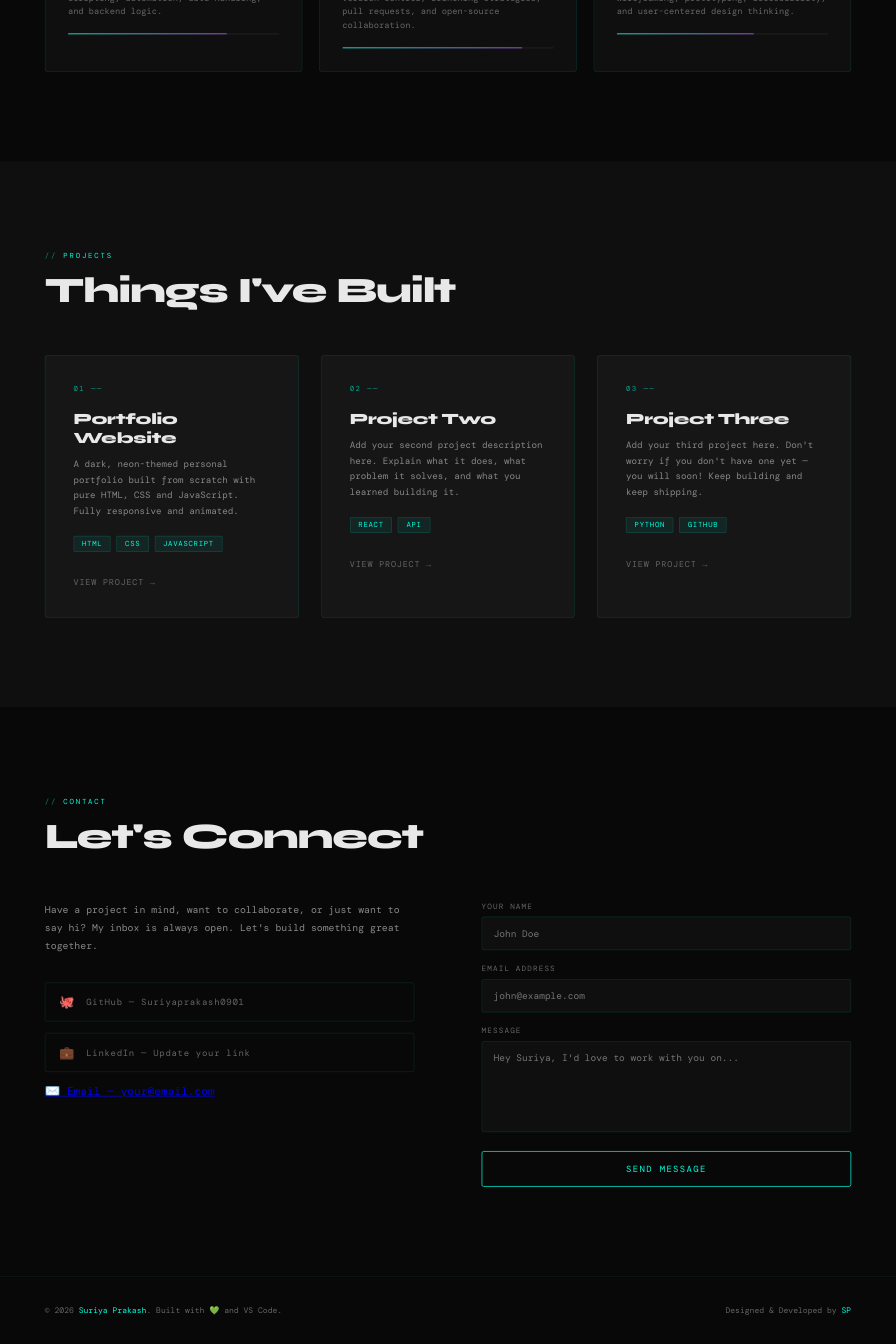
Repository: Suriyaprakash0901/PortoFolio
Page: index.html
An editor plug-in stored every save of this project. The page is shown before and after the next save, followed by the edit.
The browser window is 1280 px wide. The pictures show the part of the page from y = 2138 to 4058 px (the page is 4058 px tall), at 70% of full size.
Some web fonts or font styles are not loaded; a fallback is used.

Above is the page before, as saved 2026-03-14 11:26:34.

### index.html
<!DOCTYPE html>
<html lang="en">
<head>
  <meta charset="UTF-8" />
  <meta name="viewport" content="width=device-width, initial-scale=1.0"/>
  <title>Suriya Prakash — Portfolio</title>
  <link href="https://fonts.googleapis.com/css2?family=Syne:wght@400;600;700;800&family=DM+Mono:wght@300;400;500&display=swap" rel="stylesheet"/>
  <style>
    *, *::before, *::after { box-sizing: border-box; margin: 0; padding: 0; }

    :root {
      --bg: #080808;
      --bg2: #0f0f0f;
      --bg3: #141414;
      --neon: #00ffe0;
      --neon2: #ff2d78;
      --neon3: #a855f7;
      --text: #e8e8e8;
      --muted: #666;
      --border: rgba(0,255,224,0.12);
      --card: rgba(255,255,255,0.03);
    }

    html { scroll-behavior: smooth; }

    body {
      background: var(--bg);
      color: var(--text);
      font-family: 'DM Mono', monospace;
      overflow-x: hidden;
      cursor: none;
    }

    /* Custom cursor */
    .cursor {
      width: 12px; height: 12px;
      background: var(--neon);
      border-radius: 50%;
      position: fixed;
      pointer-events: none;
      z-index: 9999;
      transition: transform 0.15s ease, opacity 0.15s;
      mix-blend-mode: screen;
    }
    .cursor-ring {
      width: 36px; height: 36px;
      border: 1px solid rgba(0,255,224,0.4);
      border-radius: 50%;
      position: fixed;
      pointer-events: none;
      z-index: 9998;
      transition: transform 0.35s cubic-bezier(.25,.46,.45,.94);
      mix-blend-mode: screen;
    }

    /* Noise overlay */
    body::before {
      content: '';
      position: fixed;
      inset: 0;
      background-image: url("data:[embedded picture, 306 characters]");
      pointer-events: none;
      z-index: 9000;
      opacity: 0.35;
    }

    /* NAV */
    nav {
      position: fixed; top: 0; left: 0; right: 0;
      z-index: 100;
      padding: 1.5rem 4rem;
      display: flex; justify-content: space-between; align-items: center;
      background: linear-gradient(to bottom, rgba(8,8,8,0.95), transparent);
      backdrop-filter: blur(2px);
    }
    .nav-logo {
      font-family: 'Syne', sans-serif;
      font-weight: 800;
      font-size: 1.2rem;
      color: var(--neon);
      letter-spacing: -0.02em;
      text-decoration: none;
    }
    .nav-links { display: flex; gap: 2.5rem; list-style: none; }
    .nav-links a {
      color: var(--muted);
      text-decoration: none;
      font-size: 0.75rem;
      letter-spacing: 0.12em;
      text-transform: uppercase;
      transition: color 0.2s;
    }
    .nav-links a:hover { color: var(--neon); }

    /* HERO */
    #hero {
      min-height: 100vh;
      display: flex; flex-direction: column; justify-content: center;
      padding: 0 4rem;
      position: relative;
      overflow: hidden;
    }
    .hero-grid {
      position: absolute; inset: 0;
      background-image:
        linear-gradient(rgba(0,255,224,0.03) 1px, transparent 1px),
        linear-gradient(90deg, rgba(0,255,224,0.03) 1px, transparent 1px);
      background-size: 60px 60px;
      mask-image: radial-gradient(ellipse 70% 70% at 50% 50%, black 30%, transparent 100%);
    }
    .hero-glow {
      position: absolute;
      width: 600px; height: 600px;
      background: radial-gradient(circle, rgba(0,255,224,0.06) 0%, transparent 70%);
      top: 50%; left: 30%; transform: translate(-50%,-50%);
      pointer-events: none;
    }
    .hero-tag {
      font-size: 0.72rem;
      letter-spacing: 0.2em;
      text-transform: uppercase;
      color: var(--neon);
      margin-bottom: 1.5rem;
      opacity: 0;
      animation: fadeUp 0.8s 0.2s forwards;
    }
    .hero-tag::before { content: '[ '; }
    .hero-tag::after { content: ' ]'; }
    h1.hero-name {
      font-family: 'Syne', sans-serif;
      font-size: clamp(3.5rem, 8vw, 7rem);
      font-weight: 800;
      line-height: 1;
      letter-spacing: -0.04em;
      opacity: 0;
      animation: fadeUp 0.8s 0.4s forwards;
    }
    h1.hero-name .accent { color: var(--neon); }
    .hero-role {
      margin-top: 1.5rem;
      font-size: clamp(1rem, 2vw, 1.3rem);
      color: var(--muted);
      max-width: 500px;
      line-height: 1.7;
      opacity: 0;
      animation: fadeUp 0.8s 0.6s forwards;
    }
    .hero-cta {
      margin-top: 3rem;
      display: flex; gap: 1rem; flex-wrap: wrap;
      opacity: 0;
      animation: fadeUp 0.8s 0.8s forwards;
    }
    .btn {
      padding: 0.8rem 2rem;
      border-radius: 2px;
      font-family: 'DM Mono', monospace;
      font-size: 0.8rem;
      letter-spacing: 0.1em;
      text-transform: uppercase;
      text-decoration: none;
      cursor: none;
      transition: all 0.2s;
    }
    .btn-primary {
      background: var(--neon);
      color: #000;
      font-weight: 500;
    }
    .btn-primary:hover { background: #fff; box-shadow: 0 0 30px rgba(0,255,224,0.4); }
    .btn-outline {
      border: 1px solid var(--border);
      color: var(--text);
    }
    .btn-outline:hover { border-color: var(--neon); color: var(--neon); }

    .scroll-hint {
      position: absolute; bottom: 2rem; left: 4rem;
      font-size: 0.65rem; color: var(--muted);
      letter-spacing: 0.15em; text-transform: uppercase;
      display: flex; align-items: center; gap: 0.8rem;
      opacity: 0; animation: fadeUp 1s 1.2s forwards;
    }
    .scroll-line {
      width: 40px; height: 1px;
      background: linear-gradient(to right, var(--neon), transparent);
      animation: pulse 2s infinite;
    }

    /* SECTIONS */
    section { padding: 8rem 4rem; }
    .section-label {
      font-size: 0.65rem;
      letter-spacing: 0.25em;
      text-transform: uppercase;
      color: var(--neon);
      margin-bottom: 1rem;
    }
    .section-label::before { content: '// '; opacity: 0.5; }
    h2.section-title {
      font-family: 'Syne', sans-serif;
      font-size: clamp(2rem, 4vw, 3.2rem);
      font-weight: 800;
      letter-spacing: -0.03em;
      margin-bottom: 4rem;
      line-height: 1.1;
    }

    /* ABOUT */
    #about { background: var(--bg2); }
    .about-grid {
      display: grid;
      grid-template-columns: 1fr 1fr;
      gap: 6rem;
      align-items: center;
    }
    .about-text p {
      color: #aaa;
      line-height: 1.9;
      font-size: 0.9rem;
      margin-bottom: 1.2rem;
    }
    .about-text p span { color: var(--neon); }
    .about-stats {
      display: grid;
      grid-template-columns: 1fr 1fr;
      gap: 1.5rem;
    }
    .stat-card {
      background: var(--card);
      border: 1px solid var(--border);
      padding: 1.8rem;
      border-radius: 4px;
      transition: border-color 0.3s, transform 0.3s;
    }
    .stat-card:hover { border-color: var(--neon); transform: translateY(-3px); }
    .stat-num {
      font-family: 'Syne', sans-serif;
      font-size: 2.5rem;
      font-weight: 800;
      color: var(--neon);
      line-height: 1;
    }
    .stat-label { font-size: 0.72rem; color: var(--muted); margin-top: 0.4rem; letter-spacing: 0.1em; }

    /* SKILLS */
    #skills { background: var(--bg); }
    .skills-grid {
      display: grid;
      grid-template-columns: repeat(auto-fill, minmax(280px, 1fr));
      gap: 1.5rem;
    }
    .skill-card {
      background: var(--card);
      border: 1px solid var(--border);
      border-radius: 4px;
      padding: 2rem;
      transition: all 0.3s;
      position: relative;
      overflow: hidden;
    }
    .skill-card::before {
      content: '';
      position: absolute;
      top: 0; left: 0; right: 0;
      height: 2px;
      background: linear-gradient(to right, var(--neon), var(--neon3));
      transform: scaleX(0);
      transform-origin: left;
      transition: transform 0.4s;
    }
    .skill-card:hover::before { transform: scaleX(1); }
    .skill-card:hover { border-color: rgba(0,255,224,0.3); transform: translateY(-4px); }
    .skill-icon { font-size: 2rem; margin-bottom: 1rem; }
    .skill-name {
      font-family: 'Syne', sans-serif;
      font-size: 1.1rem;
      font-weight: 700;
      margin-bottom: 0.5rem;
    }
    .skill-desc { font-size: 0.78rem; color: var(--muted); line-height: 1.6; }
    .skill-bar {
      margin-top: 1.2rem;
      height: 2px;
      background: rgba(255,255,255,0.06);
      border-radius: 2px;
      overflow: hidden;
    }
    .skill-fill {
      height: 100%;
      background: linear-gradient(to right, var(--neon), var(--neon3));
      border-radius: 2px;
      transition: width 1.5s cubic-bezier(.25,.46,.45,.94);
      width: 0;
    }

    /* PROJECTS */
    #projects { background: var(--bg2); }
    .projects-grid {
      display: grid;
      grid-template-columns: repeat(auto-fill, minmax(340px, 1fr));
      gap: 2rem;
    }
    .project-card {
      background: var(--card);
      border: 1px solid var(--border);
      border-radius: 4px;
      padding: 2.5rem;
      transition: all 0.3s;
      position: relative;
      overflow: hidden;
    }
    .project-card:hover {
      border-color: rgba(0,255,224,0.4);
      transform: translateY(-6px);
      box-shadow: 0 20px 60px rgba(0,0,0,0.5), 0 0 30px rgba(0,255,224,0.05);
    }
    .project-num {
      font-size: 0.65rem;
      color: var(--neon);
      letter-spacing: 0.2em;
      margin-bottom: 1.5rem;
      opacity: 0.6;
    }
    .project-title {
      font-family: 'Syne', sans-serif;
      font-size: 1.4rem;
      font-weight: 800;
      margin-bottom: 0.8rem;
      letter-spacing: -0.02em;
    }
    .project-desc { font-size: 0.82rem; color: #888; line-height: 1.7; margin-bottom: 1.5rem; }
    .project-tags { display: flex; gap: 0.5rem; flex-wrap: wrap; margin-bottom: 2rem; }
    .tag {
      padding: 0.25rem 0.7rem;
      background: rgba(0,255,224,0.07);
      border: 1px solid rgba(0,255,224,0.15);
      border-radius: 2px;
      font-size: 0.65rem;
      color: var(--neon);
      letter-spacing: 0.1em;
      text-transform: uppercase;
    }
    .project-link {
      font-size: 0.75rem;
      color: var(--muted);
      text-decoration: none;
      letter-spacing: 0.1em;
      text-transform: uppercase;
      transition: color 0.2s;
      display: inline-flex; align-items: center; gap: 0.5rem;
    }
    .project-link:hover { color: var(--neon); }
    .project-link::after { content: '→'; transition: transform 0.2s; }
    .project-link:hover::after { transform: translateX(4px); }

    /* CONTACT */
    #contact { background: var(--bg); }
    .contact-wrapper {
      display: grid;
      grid-template-columns: 1fr 1fr;
      gap: 6rem;
      align-items: start;
    }
    .contact-info p { color: #888; font-size: 0.88rem; line-height: 1.8; margin-bottom: 2.5rem; }
    .social-links { display: flex; flex-direction: column; gap: 1rem; }
    .social-link {
      display: flex; align-items: center; gap: 1rem;
      text-decoration: none;
      color: var(--muted);
      font-size: 0.8rem;
      letter-spacing: 0.08em;
      padding: 1rem 1.2rem;
      border: 1px solid var(--border);
      border-radius: 3px;
      transition: all 0.25s;
    }
    .social-link:hover { color: var(--neon); border-color: var(--neon); background: rgba(0,255,224,0.04); }
    .social-icon { font-size: 1.1rem; }

    /* FORM */
    .contact-form { display: flex; flex-direction: column; gap: 1.2rem; }
    .form-group { display: flex; flex-direction: column; gap: 0.5rem; }
    label { font-size: 0.68rem; color: var(--muted); letter-spacing: 0.15em; text-transform: uppercase; }
    input, textarea {
      background: var(--card);
      border: 1px solid var(--border);
      border-radius: 3px;
      padding: 0.9rem 1rem;
      color: var(--text);
      font-family: 'DM Mono', monospace;
      font-size: 0.85rem;
      outline: none;
      transition: border-color 0.2s;
      resize: none;
    }
    input:focus, textarea:focus { border-color: var(--neon); }
    textarea { height: 130px; }
    .btn-submit {
      padding: 1rem 2rem;
      background: transparent;
      border: 1px solid var(--neon);
      color: var(--neon);
      font-family: 'DM Mono', monospace;
      font-size: 0.8rem;
      letter-spacing: 0.15em;
      text-transform: uppercase;
      cursor: none;
      border-radius: 3px;
      transition: all 0.25s;
      margin-top: 0.5rem;
    }
    .btn-submit:hover { background: var(--neon); color: #000; box-shadow: 0 0 30px rgba(0,255,224,0.3); }
    .form-success {
      display: none;
      color: var(--neon);
      font-size: 0.8rem;
      padding: 1rem;
      border: 1px solid rgba(0,255,224,0.3);
      border-radius: 3px;
      text-align: center;
    }

    /* FOOTER */
    footer {
      padding: 2.5rem 4rem;
      border-top: 1px solid var(--border);
      display: flex; justify-content: space-between; align-items: center;
      background: var(--bg);
    }
    footer p { font-size: 0.72rem; color: var(--muted); }
    footer span { color: var(--neon); }

    /* ANIMATIONS */
    @keyframes fadeUp {
      from { opacity: 0; transform: translateY(20px); }
      to { opacity: 1; transform: translateY(0); }
    }
    @keyframes pulse {
      0%, 100% { opacity: 0.4; }
      50% { opacity: 1; }
    }
    .reveal {
      opacity: 0;
      transform: translateY(30px);
      transition: opacity 0.7s ease, transform 0.7s ease;
    }
    .reveal.visible { opacity: 1; transform: translateY(0); }

    @media (max-width: 768px) {
      nav { padding: 1.2rem 1.5rem; }
      .nav-links { display: none; }
      #hero, section { padding: 6rem 1.5rem; }
      .about-grid, .contact-wrapper { grid-template-columns: 1fr; gap: 3rem; }
      footer { flex-direction: column; gap: 0.5rem; text-align: center; padding: 2rem 1.5rem; }
    }
  </style>
</head>
<body>

  <div class="cursor" id="cursor"></div>
  <div class="cursor-ring" id="cursorRing"></div>

  <!-- NAV -->
  <nav>
    <a href="#hero" class="nav-logo">SP.</a>
    <ul class="nav-links">
      <li><a href="#about">About</a></li>
      <li><a href="#skills">Skills</a></li>
      <li><a href="#projects">Projects</a></li>
      <li><a href="#contact">Contact</a></li>
    </ul>
  </nav>
">Contact</a></li>
    <li><a href="about.html" style="color: var(--neon);">About Me ↗</a></li>
  </ul>
</nav>

  <!-- HERO -->
  <section id="hero">
    <div class="hero-grid"></div  <nav>
    <a href="#hero" class="nav-logo">SP.</a>
    <ul class="nav-links">
      <li><a href="#about">About</a></li>
      <li><a href="#skills">Skills</a></li>
      <li><a href="#projects">Projects</a></li>
      <li><a href="#contact">Contact</a></li>
    </ul>
  </nav>
n btn-outline">Get In Touch</a>
    </div>
    <div class="scroll-hint">
      <span class="scroll-line"></span>
      Scroll to explore
    </div>
  </section>

  <!-- ABOUT -->
  <section id="about">
    <div class="reveal">
      <p class="section-label">About Me</p>
      <h2 class="section-title">Who I Am</h2>
    </div>
    <div class="about-grid reveal">
      <div class="about-text">
        <p>Hey! I'm <span>Suriya Prakash</span>, a passionate developer based in India. I love building things for the web — from sleek frontends to robust backends.</p>
        <p>I believe great software is born at the intersection of <span>clean code</span> and <span>thoughtful design</span>. Every project I work on, I aim to make it fast, accessible, and memorable.</p>
        <p>When I'm not coding, I'm exploring new technologies, contributing to open source, or leveling up my problem-solving skills.</p>
      </div>
      <div class="about-stats">
        <div class="stat-card">
          <div class="stat-num">5+</div>
          <div class="stat-label">Projects Built</div>
        </div>
        <div class="stat-card">
<div class="stat-num">10+</div>
          <div class="stat-label">Technologies</div>
        </div>
        <div class="stat-card">
          <div class="stat-num">∞</div>
          <div class="stat-label">Curiosity</div>
        </div>
        <div class="stat-card">
          <div class="stat-num">1</div>
          <div class="stat-label">GitHub Profile</div>
        </div>
      </div>
    </div>
  </section>

  <!-- SKILLS -->
  <section id="skills">
    <div class="reveal">
      <p class="section-label">Skills</p>
      <h2 class="section-title">What I Work With</h2>
    </div>
    <div class="skills-grid reveal" id="skillsGrid">
      <div class="skill-card">
        <div class="skill-icon">🌐</div>
        <div class="skill-name">HTML & CSS</div>
        <div class="skill-desc">Semantic markup, responsive layouts, animations, and modern CSS techniques.</div>
        <div class="skill-bar"><div class="skill-fill" data-width="90"></div></div>
      </div>
      <div class="skill-card">
        <div class="skill-icon">⚡</div>
        <div class="skill-name">JavaScript</div>
        <div class="skill-desc">DOM manipulation, async programming, APIs, and modern ES6+ features.</div>
        <div class="skill-bar"><div class="skill-fill" data-width="80"></div></div>
      </div>
      <div class="skill-card">
        <div class="skill-icon">⚛️</div>
        <div class="skill-name">React</div>
        <div class="skill-desc">Component-driven UIs, hooks, state management, and performance optimization.</div>
        <div class="skill-bar"><div class="skill-fill" data-width="70"></div></div>
      </div>
      <div class="skill-card">
        <div class="skill-icon">🐍</div>
        <div class="skill-name">Python</div>
        <div class="skill-desc">Scripting, automation, data handling, and backend logic.</div>
        <div class="skill-bar"><div class="skill-fill" data-width="75"></div></div>
      </div>
      <div class="skill-card">
        <div class="skill-icon">🗃️</div>
        <div class="skill-name">Git & GitHub</div>
        <div class="skill-desc">Version control, branching strategies, pull requests, and open-source collaboration.</div>
        <div class="skill-bar"><div class="skill-fill" data-width="85"></div></div>
      </div>
      <div class="skill-card">
        <div class="skill-icon">🎨</div>
        <div class="skill-name">UI/UX Design</div>
        <div class="skill-desc">Wireframing, prototyping, accessibility, and user-centered design thinking.</div>
        <div class="skill-bar"><div class="skill-fill" data-width="65"></div></div>
      </div>
    </div>
  </section>

  <!-- PROJECTS -->
  <section id="projects">
    <div class="reveal">
      <p class="section-label">Projects</p>
      <h2 class="section-title">Things I've Built</h2>
    </div>
    <div class="projects-grid reveal">
      <div class="project-card">
        <div class="project-num">01 ——</div>
        <div class="project-title">Portfolio Website</div>
        <div class="project-desc">A dark, neon-themed personal portfolio built from scratch with pure HTML, CSS and JavaScript. Fully responsive and animated.</div>
        <div class="project-tags">
          <span class="tag">HTML</span>
          <span class="tag">CSS</span>
          <span class="tag">JavaScript</span>
        </div>
        <a href="#" class="project-link">View Project</a>
      </div>
      <div class="project-card">
        <div class="project-num">02 ——</div>
        <div class="project-title">Project Two</div>
        <div class="project-desc">Add your second project description here. Explain what it does, what problem it solves, and what you learned building it.</div>
        <div class="project-tags">
          <span class="tag">React</span>
          <span class="tag">API</span>
        </div>
        <a href="#" class="project-link">View Project</a>
      </div>
      <div class="project-card">
        <div class="project-num">03 ——</div>
        <div class="project-title">Project Three</div>
        <div class="project-desc">Add your third project here. Don't worry if you don't have one yet — you will soon! Keep building and keep shipping.</div>
        <div class="project-tags">
          <span class="tag">Python</span>
          <span class="tag">GitHub</span>
        </div>
        <a href="#" class="project-link">View Project</a>
      </div>
    </div>
  </section>

  <!-- CONTACT -->
  <section id="contact">
    <div class="reveal">
      <p class="section-label">Contact</p>
      <h2 class="section-title">Let's Connect</h2>
    </div>
    <div class="contact-wrapper reveal">
      <div class="contact-info">
        <p>Have a project in mind, want to collaborate, or just want to say hi? My inbox is always open. Let's build something great together.</p>
        <div class="social-links">
          <a href="https://github.com/Suriyaprakash0901" target="_blank" class="social-link">
            <span class="social-icon">🐙</span> GitHub — Suriyaprakash0901
          </a>
          <a href="https:/https://linkedin.com/in/yourprofilet="_blank" class="social-link">
            <span class="social-icon">💼</span> LinkedIn — Update your link
          </a>
          <a href="mailto:your@emyour@email.com="social-link">
            <span class="social-icon">✉️</span> Email — your@email.com
          </a>
        </div>
      </div>
      <form class="contact-form" id="contactForm">
        <div class="form-group">
          <label>Your Name</label>
          <input type="text" placeholder="John Doe" required />
        </div>
        <div class="form-group">
          <label>Email Address</label>
          <input type="email" placeholder="john@example.com" required />
        </div>
        <div class="form-group">
          <label>Message</label>
          <textarea placeholder="Hey Suriya, I'd love to work with you on..."></textarea>
        </div>
        <button type="button" class="btn-submit" onclick="submitForm()">Send Message</button>
        <div class="form-success" id="formSuccess">✓ Message sent! I'll get back to you soon.</div>
      </form>
    </div>
  </section>

  <!-- FOOTER -->
  <footer>
    <p>© 2026 <span>Suriya Prakash</span>. Built with 💚 and VS Code.</p>
    <p>Designed & Developed by <span>SP</span></p>
  </footer>

  <script>
    // Custom cursor
    const cursor = document.getElementById('cursor');
    const ring = document.getElementById('cursorRing');
    let mx = 0, my = 0, rx = 0, ry = 0;
    document.addEventListener('mousemove', e => {
      mx = e.clientX; my = e.clientY;
      cursor.style.left = mx - 6 + 'px';
      cursor.style.top = my - 6 + 'px';
    });
    function animRing() {
      rx += (mx - rx) * 0.12;
      ry += (my - ry) * 0.12;
      ring.style.left = rx - 18 + 'px';
      ring.style.top = ry - 18 + 'px';
      requestAnimationFrame(animRing);
    }
    animRing();
    document.querySelectorAll('a, button, .skill-card, .project-card, .stat-card').forEach(el => {
      el.addEventListener('mouseenter', () => cursor.style.transform = 'scale(2.5)');
      el.addEventListener('mouseleave', () => cursor.style.transform = 'scale(1)');
    });

    // Scroll reveal
    const observer = new IntersectionObserver(entries => {
      entries.forEach(e => {
        if (e.isIntersecting) {
          e.target.classList.add('visible');
          // Animate skill bars
          e.target.querySelectorAll('.skill-fill').forEach(bar => {
            bar.style.width = bar.dataset.width + '%';
          });
        }
      });
    }, { threshold: 0.1 });
    document.querySelectorAll('.reveal').forEach(el => observer.observe(el));

    // Form submit
    function submitForm() {
      document.getElementById('formSuccess').style.display = 'block';
      document.getElementById('contactForm').querySelectorAll('input, textarea').forEach(el => el.value = '');
    }
  </script>
</body>
</html>

After the next save:
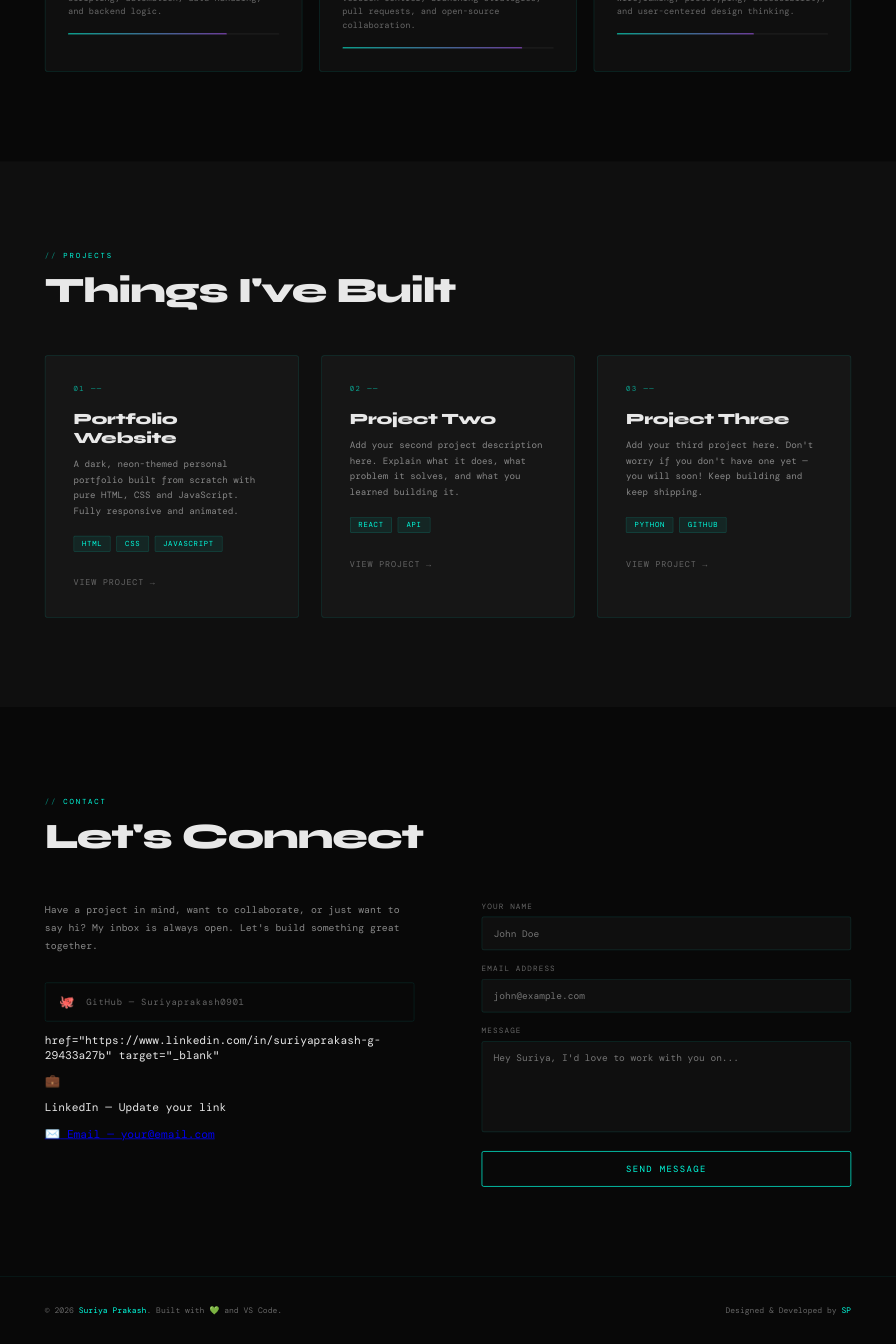
Saved 28 s later.
--- a/index.html
+++ b/index.html
@@ -628,7 +628,7 @@ n btn-outline">Get In Touch</a>
           <a href="https://github.com/Suriyaprakash0901" target="_blank" class="social-link">
             <span class="social-icon">🐙</span> GitHub — Suriyaprakash0901
           </a>
-          <a href="https:/https://linkedin.com/in/yourprofilet="_blank" class="social-link">
+href="https://www.linkedin.com/in/suriyaprakash-g-29433a27b" target="_blank"
             <span class="social-icon">💼</span> LinkedIn — Update your link
           </a>
           <a href="mailto:your@emyour@email.com="social-link">
